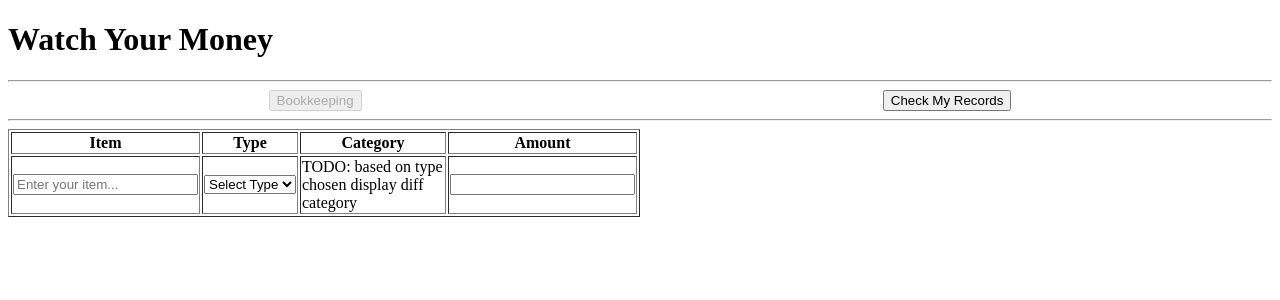
Repository: chelsea9869/Hackathon-TNT
Page: http://localhost/app/watch_your_money.php
An editor plug-in stored every save of this project. The page is shown before and after the next save, followed by the edit.
The browser window is 1280 px wide. The pictures show the whole page.
The page is run by PHP 8.4 with error messages shown; the project is at /var/www/html/.

Above is the page before, as saved 2020-09-05 12:28:04.

After the next save:
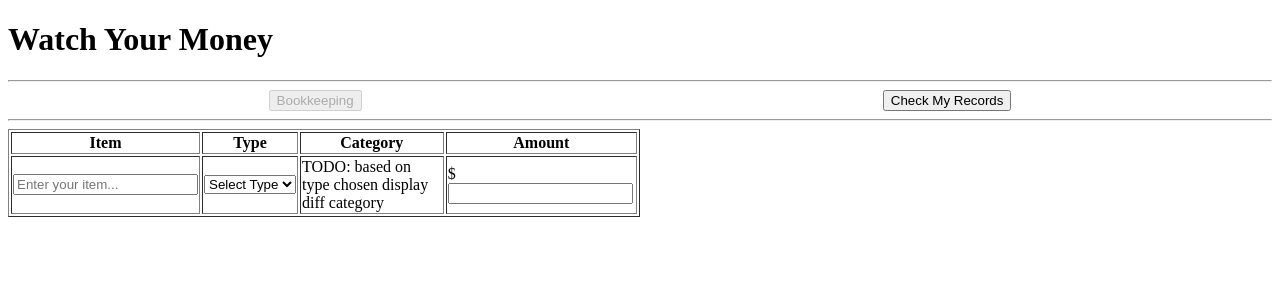
Saved 6 s later.
--- a/app/watch_your_money.php
+++ b/app/watch_your_money.php
@@ -37,7 +37,7 @@ require_once 'include/bookkeeping-dropdown.php';
                             <td><input type="text" name="item[]" placeholder="Enter your item..."></td>
                             <td><?=$type_dropdown?></td>
                             <td>TODO: based on type chosen display diff category</td>
-                            <td><input type='number' name='amount[]' width="100%"></td>
+                            <td>$<input type='number' name='amount[]' width="100%"></td>
                         </tr>
                     </tbody>
                 </table>
